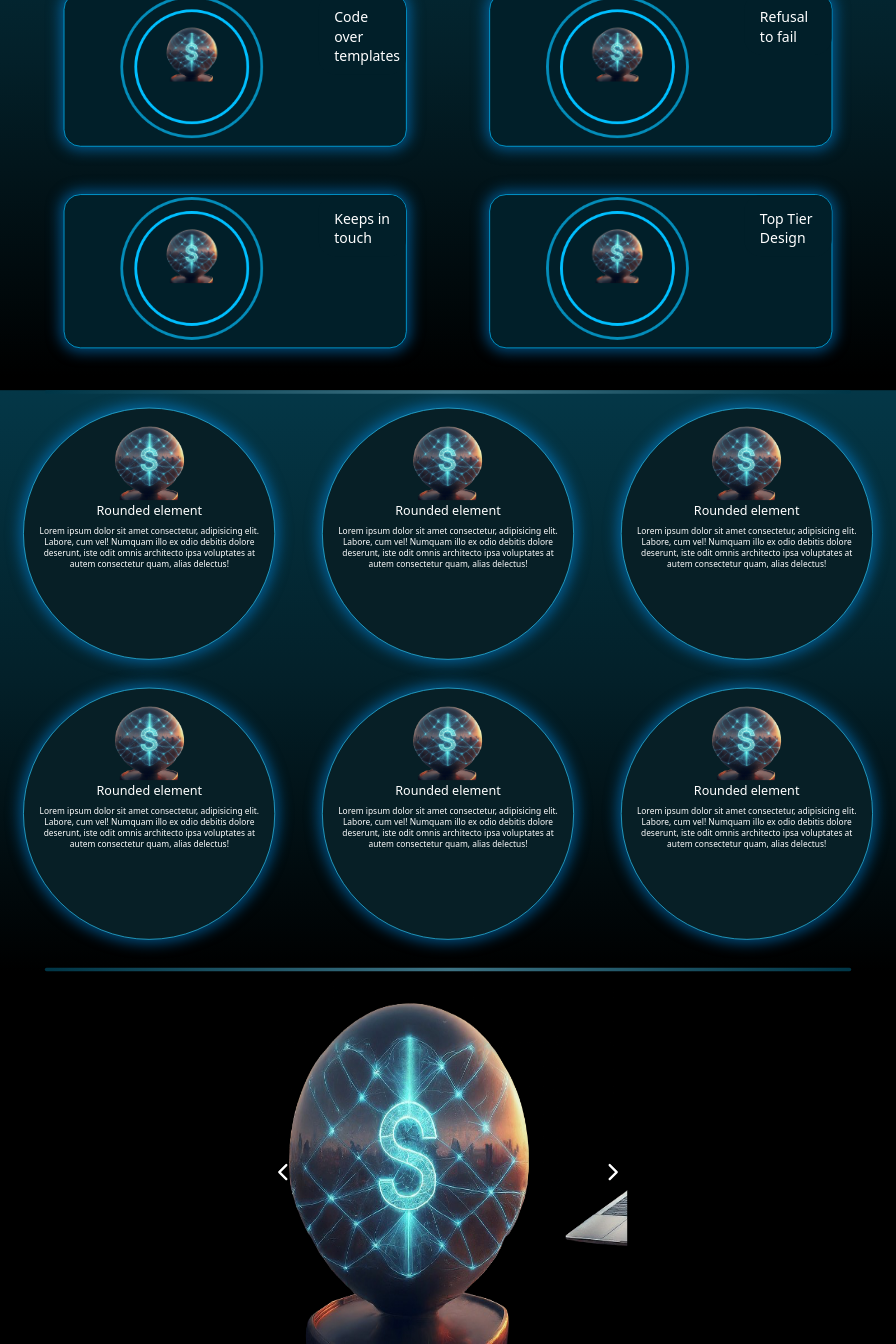
Repository: TMuse333/q3-desings2
Page: /
These files come from the project's save history. The page is drawn as it stood at one moment and after the next save; the edit follows.
The browser window is 1280 px wide. The pictures show the part of the page from y = 1079 to 2999 px (the page is 2999 px tall), at 70% of full size.
The project was rebuilt for these pictures with package versions that can differ from the ones it lists, and the page was loaded fresh each time. Also part of the build but not shown: vite.config.ts.

Above is the page before, as saved 2024-05-11 13:53:35.

After the next save:
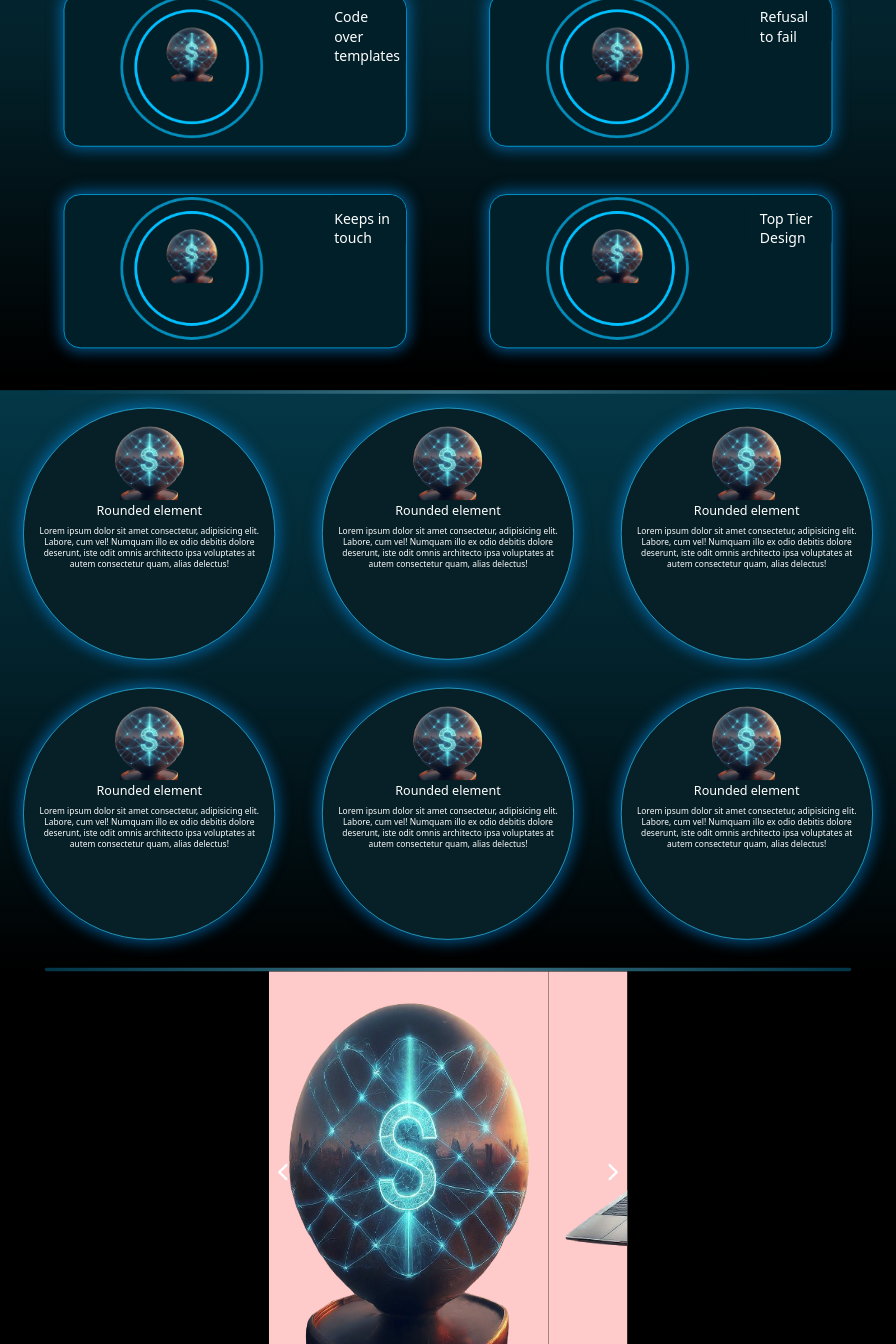
Saved 27 s later.
--- a/src/components/carousel/carousel.tsx
+++ b/src/components/carousel/carousel.tsx
@@ -26,7 +26,7 @@ const Carousel:React.FC<CarouselProps> = ({images}) =>{
                 {images.map((image,index) => (
                     <img src={image}
                     key={index}
-                    className='transition-transform
+                    className='transition-transform bg-red-200
                     w-[400px]'
                     style={{
                         transform:`translateX(-${imageIndex * 100}%)`
